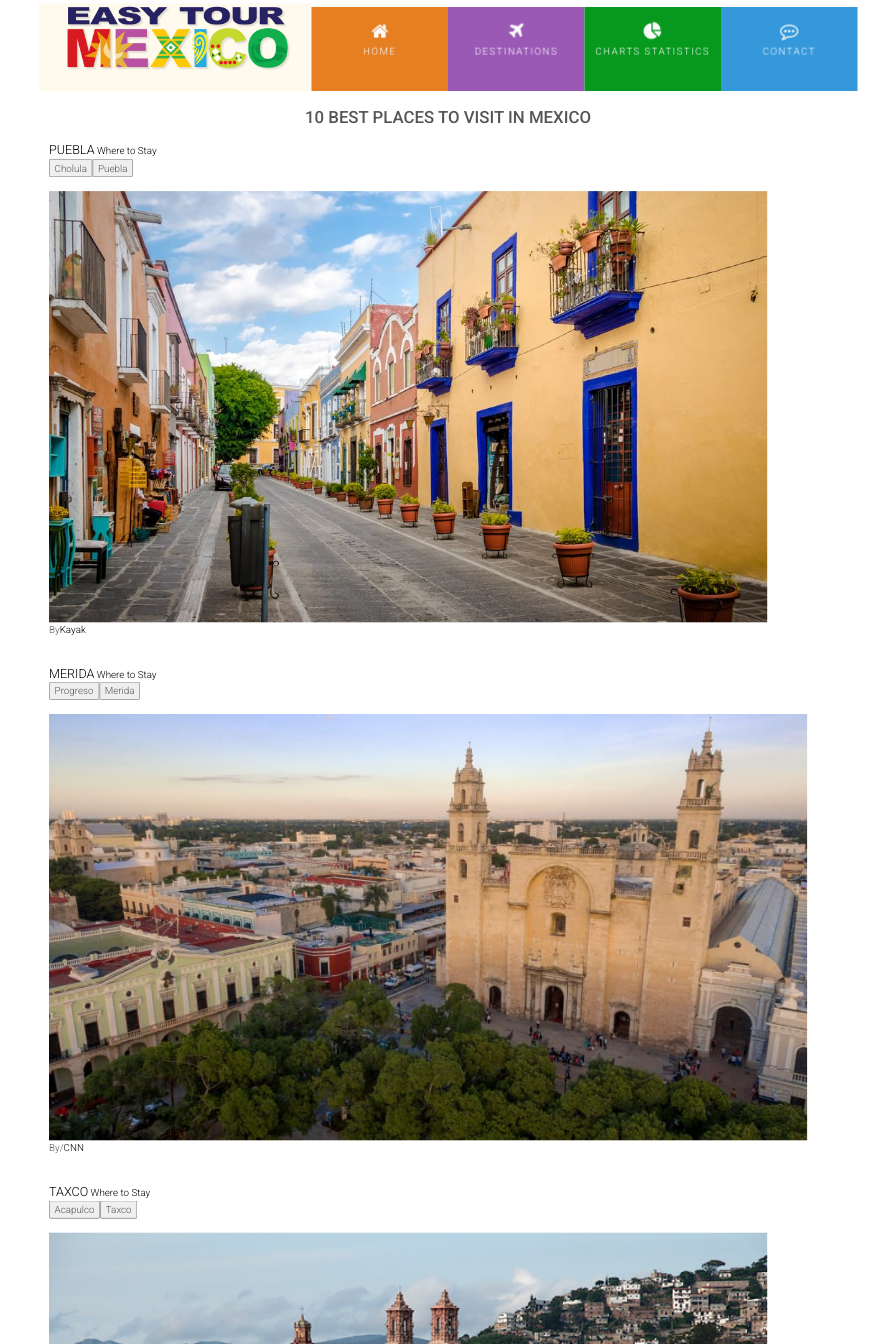
Repository: navegantemx/holiday-destination
Page: destinations.html
The author's editor kept a record of every edit. The page is drawn from the files as they stood at one moment, then again after the next edit.
The browser window is 1280 px wide. The pictures show the part of the page from y = 0 to 1920 px (the page is 8163 px tall before and 8232 px after), at 70% of full size.
A picture or video elsewhere on the page could not be fetched, so the positions and the page height are approximate. Some web libraries are served in a nearby version.

Above is the page before.

After the next edit:
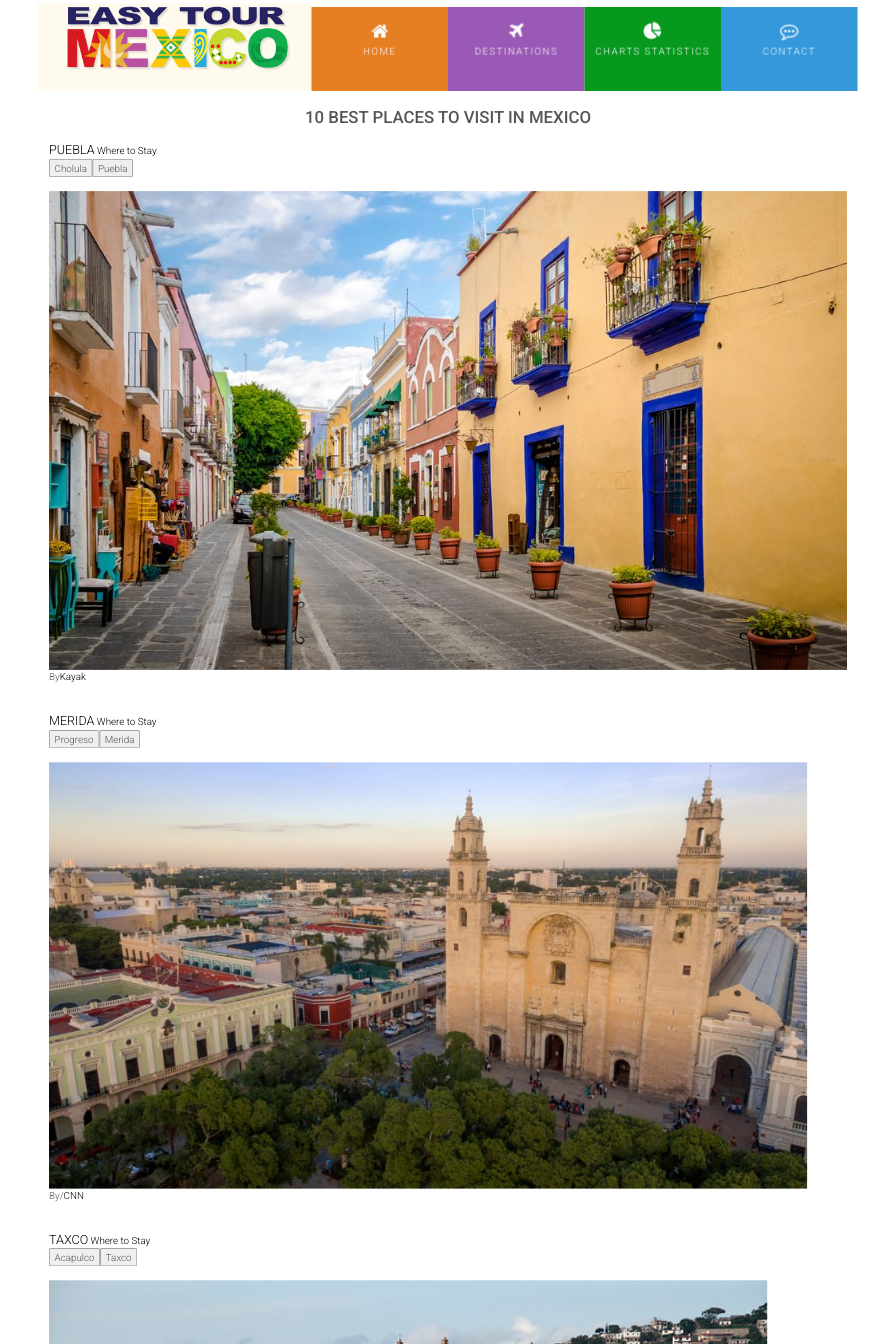
The edit:
--- a/destinations.html
+++ b/destinations.html
@@ -55,7 +55,7 @@
         <button id="pueblaButton">Cholula</button><span><button id="cholulaButton">Puebla</button></span><br><br>
         <div class="image_640">
             <!--url("../images/mexico.jpg")-->
-            <img id="pueblaImage" src= assets/images/puebla_puebla_01.jpg width="90%"><br>
+            <img id="pueblaImage" src= assets/images/puebla_puebla_01.jpg width="100%"><br>
             <span class="photo-credit">By<a href="https://www.kayak.com/Puebla-City.17433.guide" target="_blank">Kayak</a></span>
         </div>
         <br><br>
